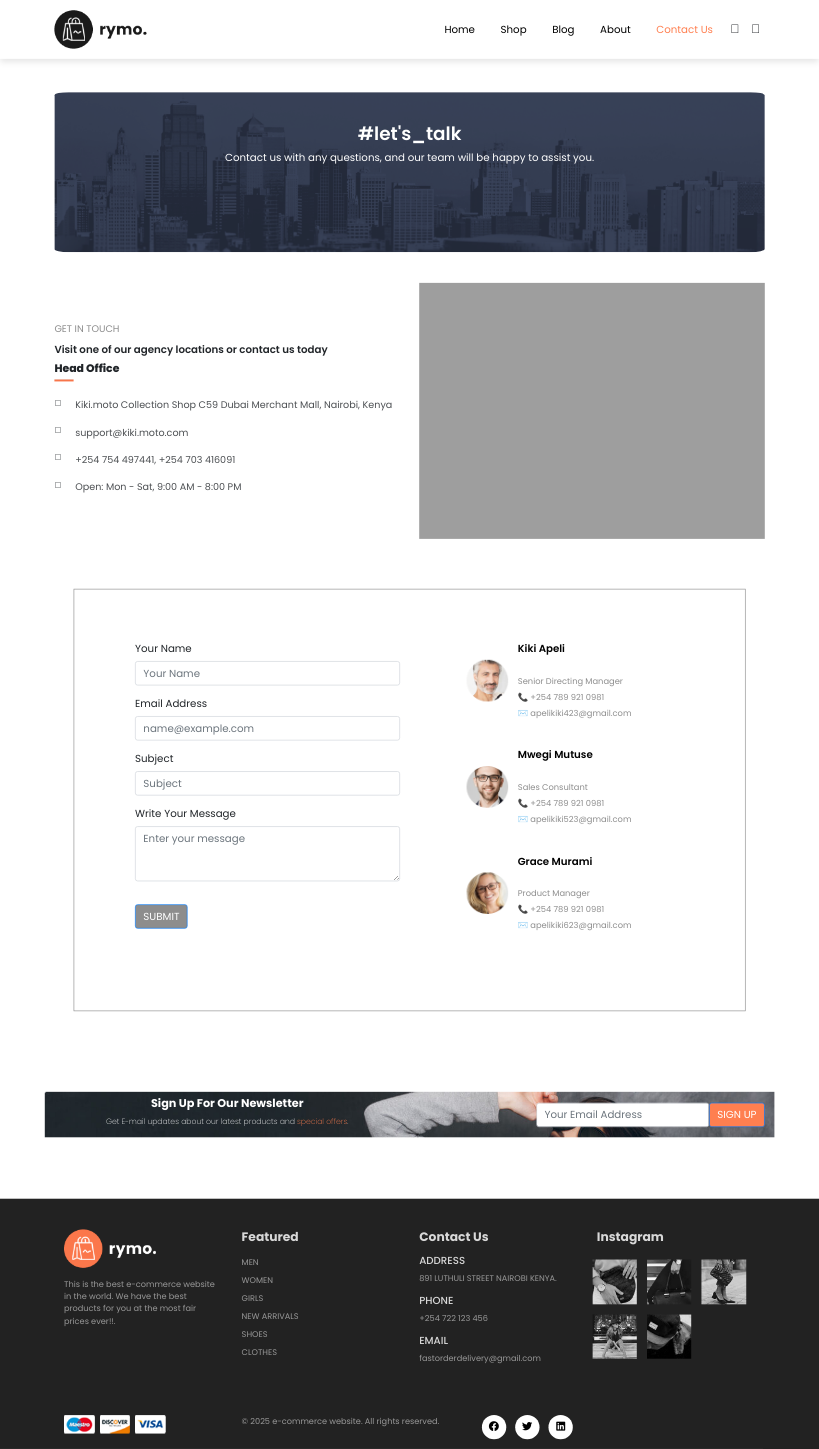
Repository: peter417waweru/e-commerce-UI
Page: contact.html
An editor plug-in stored every save of this project. The page is shown before and after the next save, followed by the edit.
The browser window is 1280 px wide. The pictures show the whole page, at 64% of full size.
Pictures or frames that could not be fetched are drawn as grey boxes. Some web libraries are served in a nearby version.

Above is the page before, as saved 2025-02-10 02:07:22.
Console error: TypeError: Cannot set properties of undefined (setting 'onclick')

After the next save:
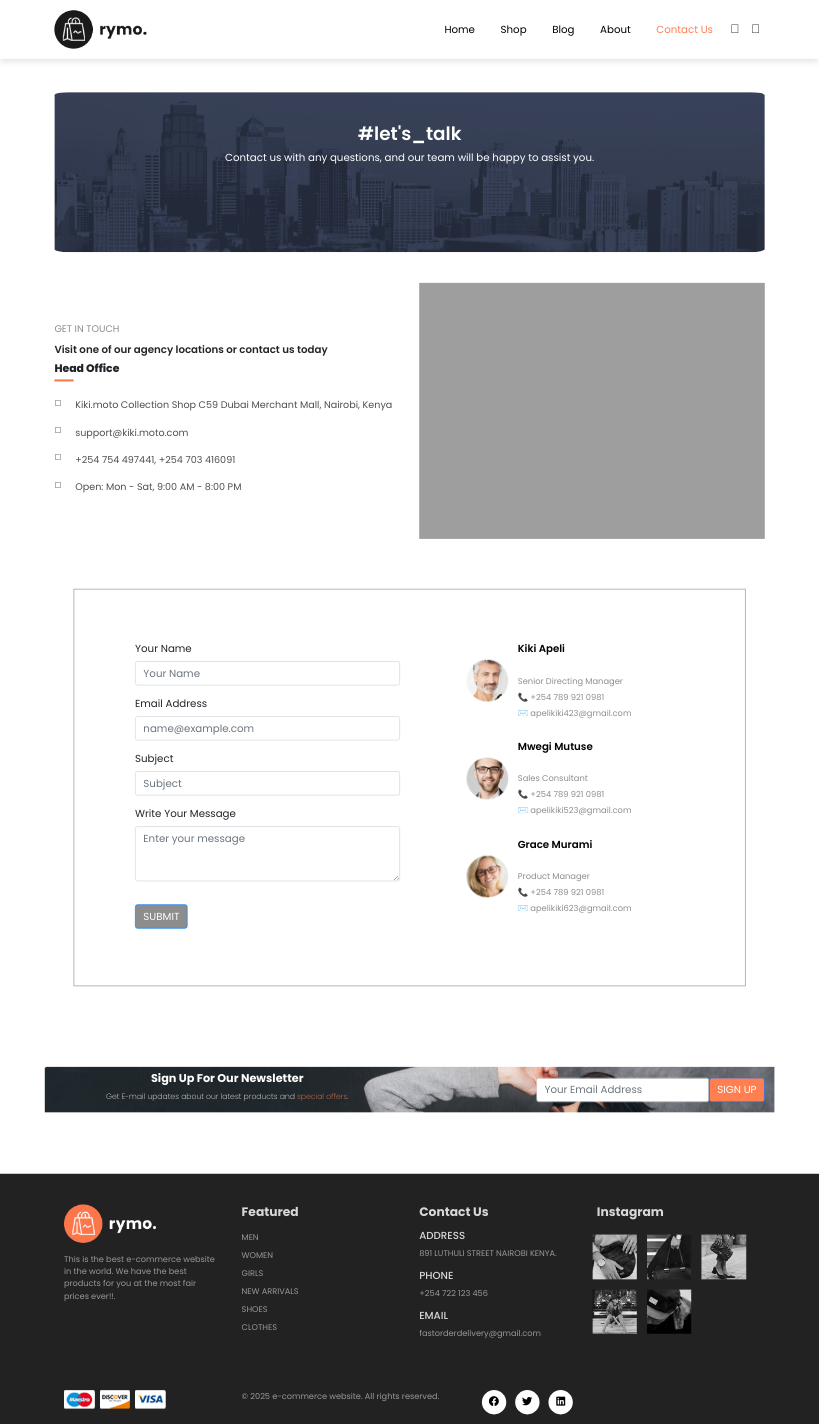
Saved 30 s later.
--- a/contact.css
+++ b/contact.css
@@ -66,7 +66,7 @@
 }
 
 #contact-message .members div{
-    padding-bottom: 25px;
+    padding-bottom: 12px;
 }
 
 #contact-message .members div img{
